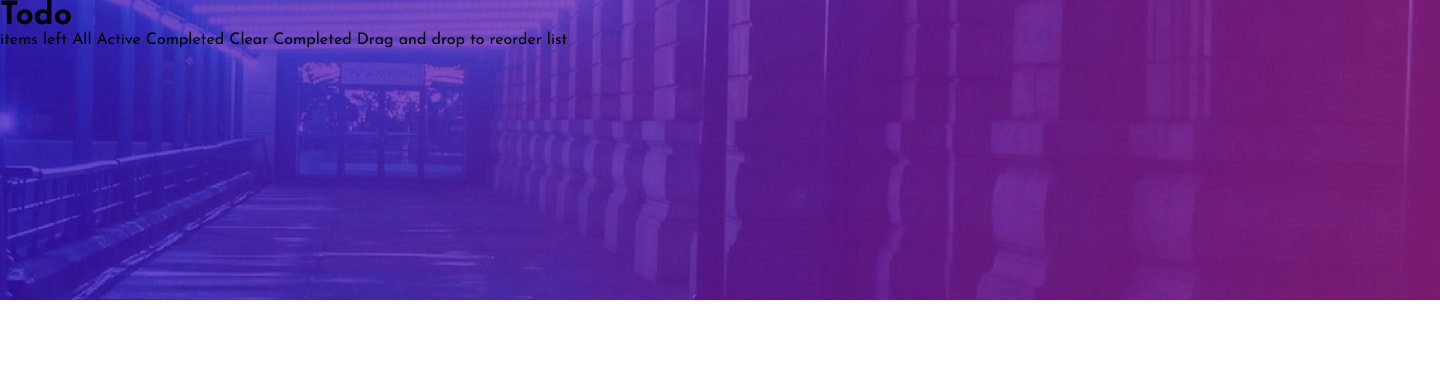
Repository: Arkitecth/todo-list
Page: index.html
The author's editor kept a copy of each file at every save. The page is drawn from the files as they stood at one save, then again after the next save.
The browser window is 1280 px wide. The page is 1440 px wide, so the pictures cover 1440 px, including what lies to the right of the window. The pictures show the whole page.

Above is the page before, as saved 2023-06-19 16:32:01.

After the next save:
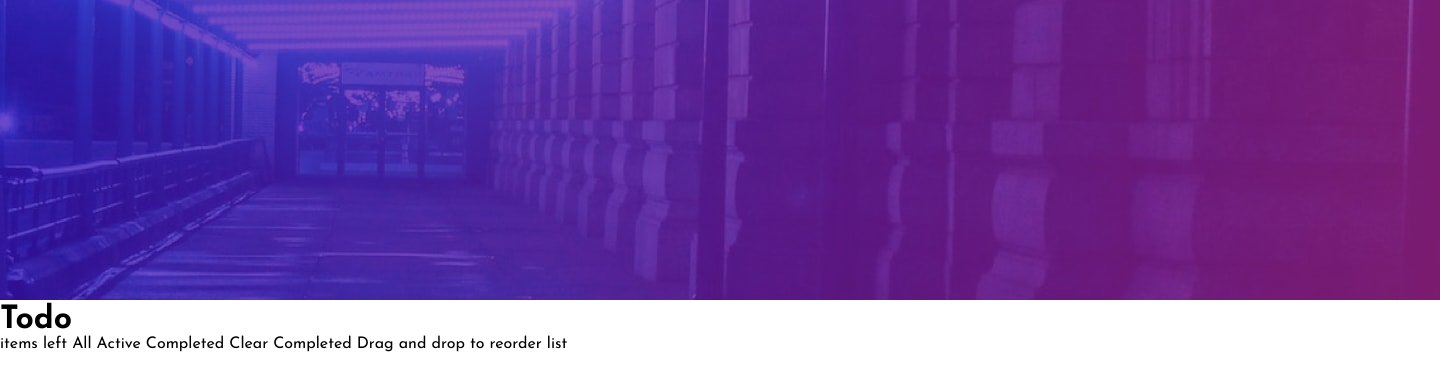
Saved 31 s later.
--- a/styles.css
+++ b/styles.css
@@ -7,7 +7,7 @@
    font-family: 'Josefin Sans', sans-serif;
 }
 
-img {
+.bg-desktop {
     position: absolute;
     top: 0;
     left: 0;
